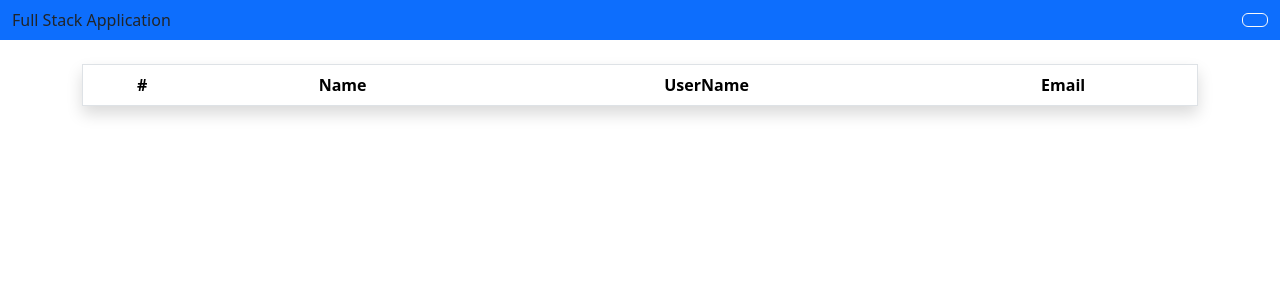
Repository: rajratangm/spring
Page: / (app in front/)
These files come from the project's save history. The page is drawn as it stood at one moment and after the next save; the edit follows.
The browser window is 1280 px wide. The pictures show the whole page.
The page's requests for data from a server got no answer. The project was rebuilt for these pictures with package versions that can differ from the ones it lists, and the page was loaded fresh each time. No one was signed in, and anything a server would have sent is missing. Also part of the build but not shown: front/src/users/AddUser.js.

Above is the page before, as saved 2024-05-19 18:14:26.

### front/src/App.js

import './App.css';
import "../node_modules/bootstrap/dist/css/bootstrap.min.css";
import Navbar from './layout/Navbar';
import Home from './pages/Home';
import { BrowserRouter as Router, Routes, Route } from 'react-router-dom';
import AddUser from './users/AddUser';
function App() {
  return (
    <div className="App">

      <Router>
      <Navbar/>
      <Routes>
        <Route exact path="/" element={<Home/>} />
        <Route exact path="/adduser" element={<AddUser/>}/>
      </Routes>
      </Router>

    </div>
  );
}

export default App;

### front/src/layout/Navbar.js
import React from 'react'
import { Link } from "react-router-dom";

const Navbar = () => {
  return (
    <div>
    <nav className="navbar navbar-expand-lg navbar-dark bg-primary">
      <div className="container-fluid">

          Full Stack Application

        <button
          className="navbar-toggler"
          type="button"
          data-bs-toggle="collapse"
          data-bs-target="#navbarSupportedContent"
          aria-controls="navbarSupportedContent"
          aria-expanded="false"
          aria-label="Toggle navigation"
        >
          <span className="navbar-toggler-icon"></span>
        </button>
          <Link className='btn btn-outline-light'></Link>

      </div>
    </nav>
  </div>
  )
}

export default Navbar

### front/src/pages/Home.js
import React, { useEffect } from "react";
import axios from "axios";
import { useState } from "react";
const Home = () => {
  const [users, setUsers] = useState([]);

  useEffect(() => {
    loadUsers();
  }, []);

  const loadUsers = async () => {
    const result = await axios.get("http://localhost:8080/users");
    setUsers(result.data)
    console.log(result.data)
    console.log(users)
  };

  return (
    <div className="container">
      <div className="py-4">
        <table className="table border shadow">
          <thead>
            <tr>
              <th scope="col">#</th>
              <th scope="col">Name</th>
              <th scope="col">UserName</th>
              <th scope="col">Email</th>
            </tr>
          </thead>
          <tbody>
            {users.map((user, index)=>(
              <tr>
                <th scope="row" key= {index}>{index+1}</th>
                <td>{user.name}</td>
                <td>{user.username}</td>
                <td>{user.email}</td>
                <td>
                    <button className="btn btn-primary mx-2">
                        view

                    </button>
                    <button className="btn btn-outline-primary mx-2">
                        Edit

                    </button>
                    <button className="btn btn-danger mx-2">
                        Delete

                    </button>
                </td>
              </tr>
            ))}
          </tbody>
        </table>
      </div>
    </div>
  );
};

export default Home;

Loaded but not shown: front/public/index.html (common file); front/src/index.js (common file); front/src/index.css (common file); front/src/reportWebVitals.js (common file); front/src/App.css (common file)

After the next save:
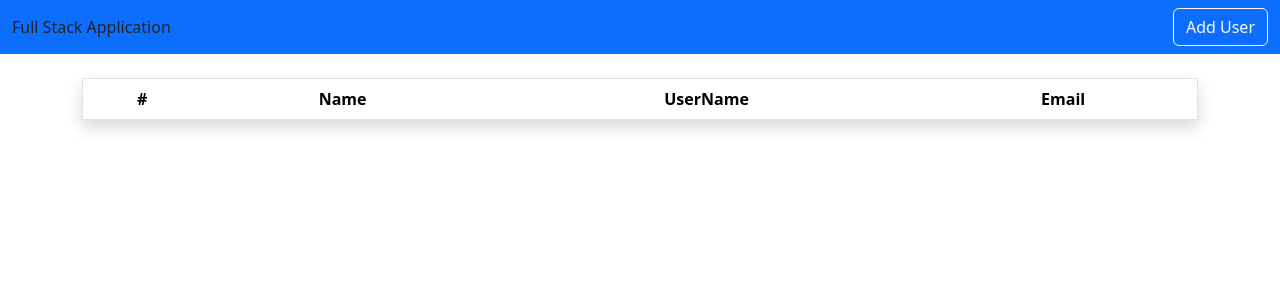
Saved 5 s later.
--- a/front/src/layout/Navbar.js
+++ b/front/src/layout/Navbar.js
@@ -20,7 +20,7 @@ const Navbar = () => {
         >
           <span className="navbar-toggler-icon"></span>
         </button>
-          <Link className='btn btn-outline-light'></Link>
+          <Link className='btn btn-outline-light'>Add User</Link>
 
       </div>
     </nav>
